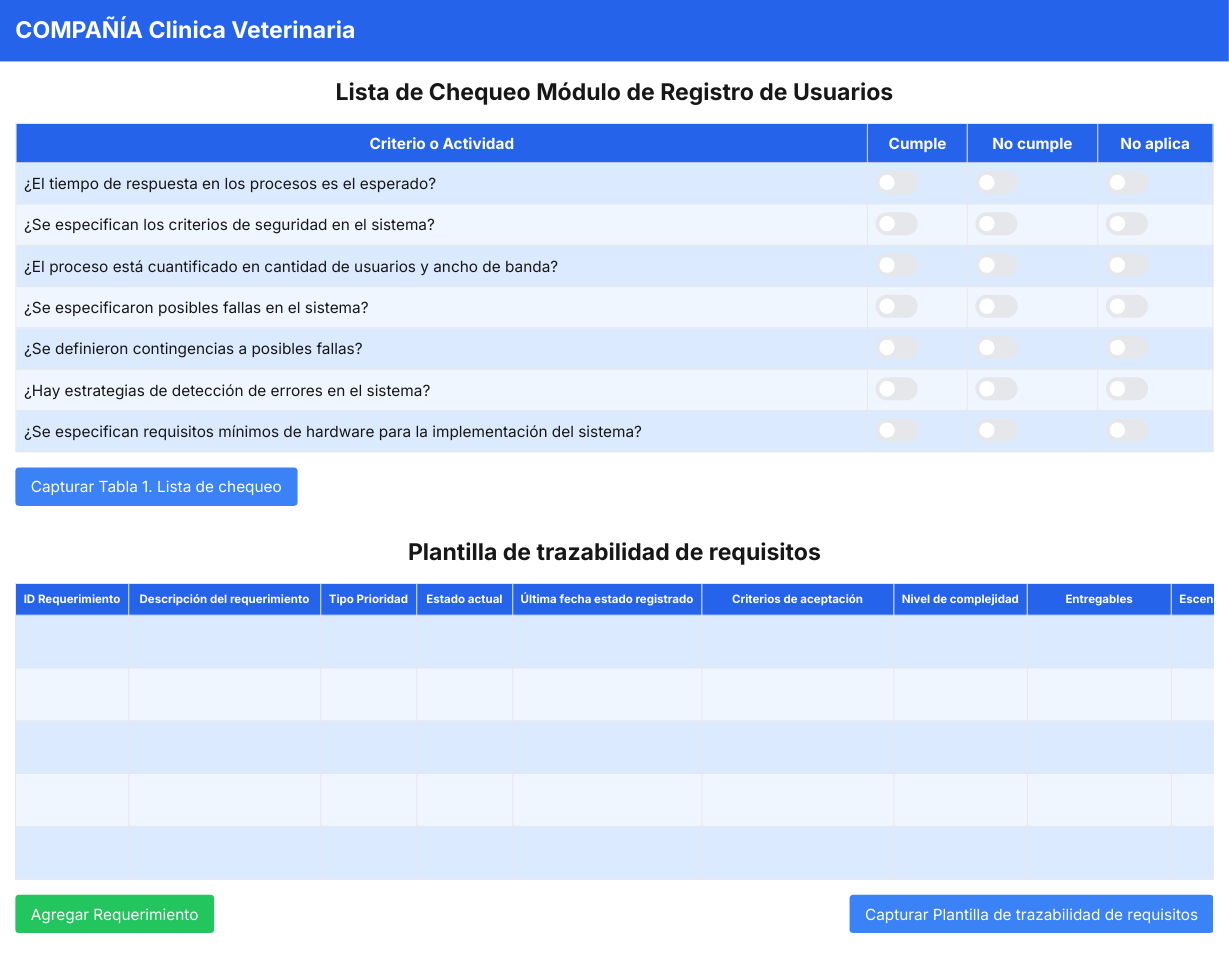
Repository: CiroAlfa/lista-de-Chequeo
Page: /
These files come from the project's save history. The page is drawn as it stood at one moment and after the next save; the edit follows.
The browser window is 1280 px wide. The pictures show the whole page, at 96% of full size.
The project was rebuilt for these pictures with package versions that can differ from the ones it lists, and the page was loaded fresh each time. The framework's server and built-in components were replaced by stand-ins that run in the browser. Also part of the build but not shown: next.config.mjs.

Above is the page before, as saved 2024-09-27 14:26:41.

After the next save:
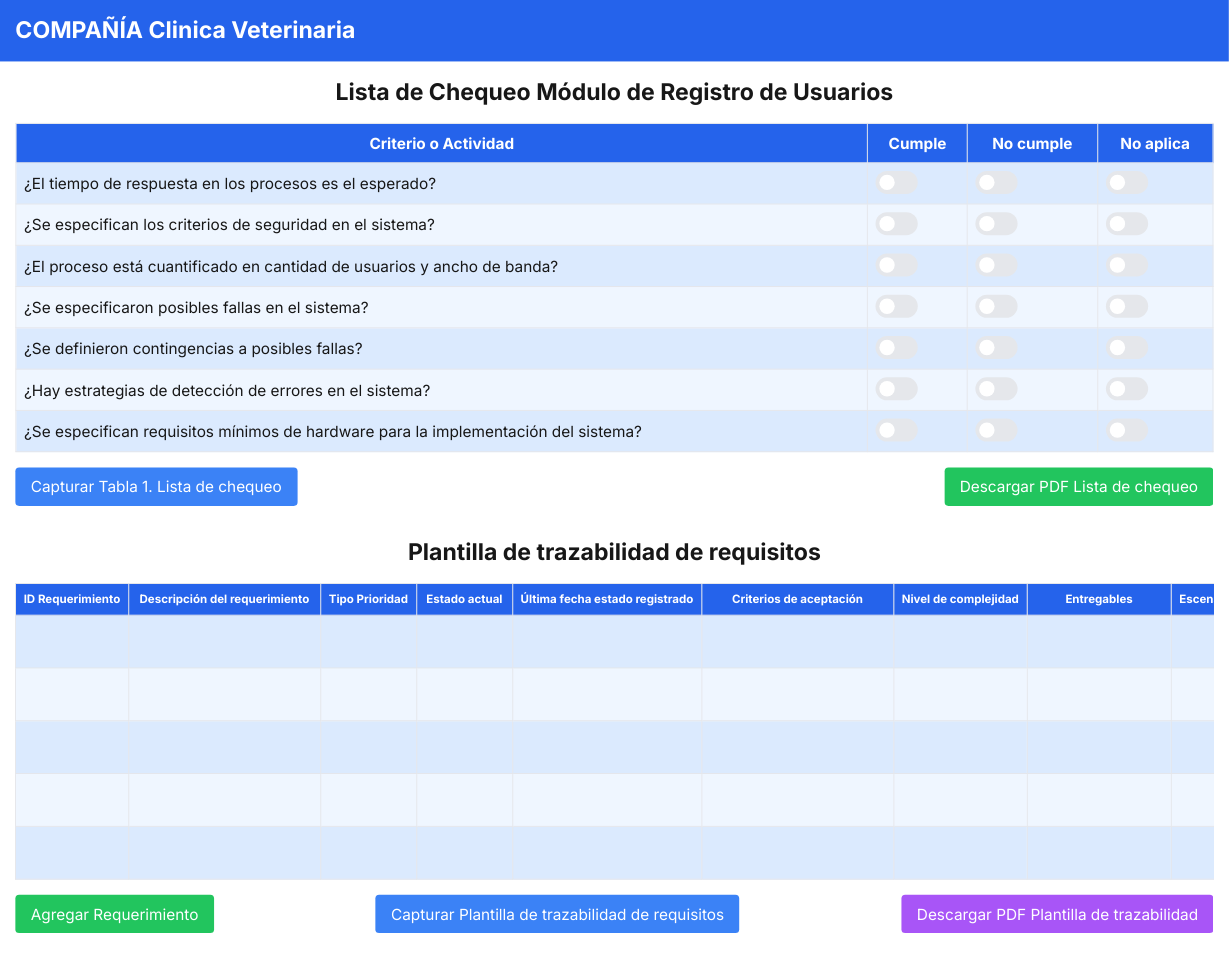
Saved 11 min 4 s later.
--- a/src/app/page.tsx
+++ b/src/app/page.tsx
@@ -3,6 +3,7 @@
 import { useState, useRef } from 'react'
 import { Switch } from '@headlessui/react'
 import html2canvas from 'html2canvas'
+import jsPDF from 'jspdf'
 
 interface ChecklistItem {
   id: number
@@ -105,6 +106,24 @@ export default function Home() {
       link.href = image
       link.download = fileName
       link.click()
+    }
+  }
+
+  const generatePDF = async (elementId: string, fileName: string) => {
+    const element = document.getElementById(elementId)
+    if (element) {
+      const canvas = await html2canvas(element, {
+        scale: 1,
+        useCORS: true,
+      })
+      const imgData = canvas.toDataURL('image/png')
+      const pdf = new jsPDF({
+        orientation: 'landscape',
+        unit: 'px',
+        format: [canvas.width, canvas.height]
+      })
+      pdf.addImage(imgData, 'PNG', 0, 0, canvas.width, canvas.height)
+      pdf.save(fileName)
     }
   }
 
@@ -156,12 +175,20 @@ export default function Home() {
             ))}
           </tbody>
         </table>
-        <button
-          onClick={() => captureScreenshot('checklist-table', 'lista-de-chequeo.png')}
-          className="mt-4 bg-blue-500 text-white px-4 py-2 rounded hover:bg-blue-600 transition-colors"
-        >
-          Capturar Tabla 1. Lista de chequeo
-        </button>
+        <div className="mt-4 flex justify-between">
+          <button
+            onClick={() => captureScreenshot('checklist-table', 'lista-de-chequeo.png')}
+            className="bg-blue-500 text-white px-4 py-2 rounded hover:bg-blue-600 transition-colors"
+          >
+            Capturar Tabla 1. Lista de chequeo
+          </button>
+          <button
+            onClick={() => generatePDF('checklist-table', 'lista-de-chequeo.pdf')}
+            className="bg-green-500 text-white px-4 py-2 rounded hover:bg-green-600 transition-colors"
+          >
+            Descargar PDF Lista de chequeo
+          </button>
+        </div>
       </div>
 
       <div className="mb-8" id="requirements-table">
@@ -299,6 +326,12 @@ export default function Home() {
           >
             Capturar Plantilla de trazabilidad de requisitos
           </button>
+          <button
+            onClick={() => generatePDF('requirements-table', 'plantilla-trazabilidad-requisitos.pdf')}
+            className="bg-purple-500 text-white px-4 py-2 rounded hover:bg-purple-600 transition-colors"
+          >
+            Descargar PDF Plantilla de trazabilidad
+          </button>
         </div>
       </div>
     </main>
